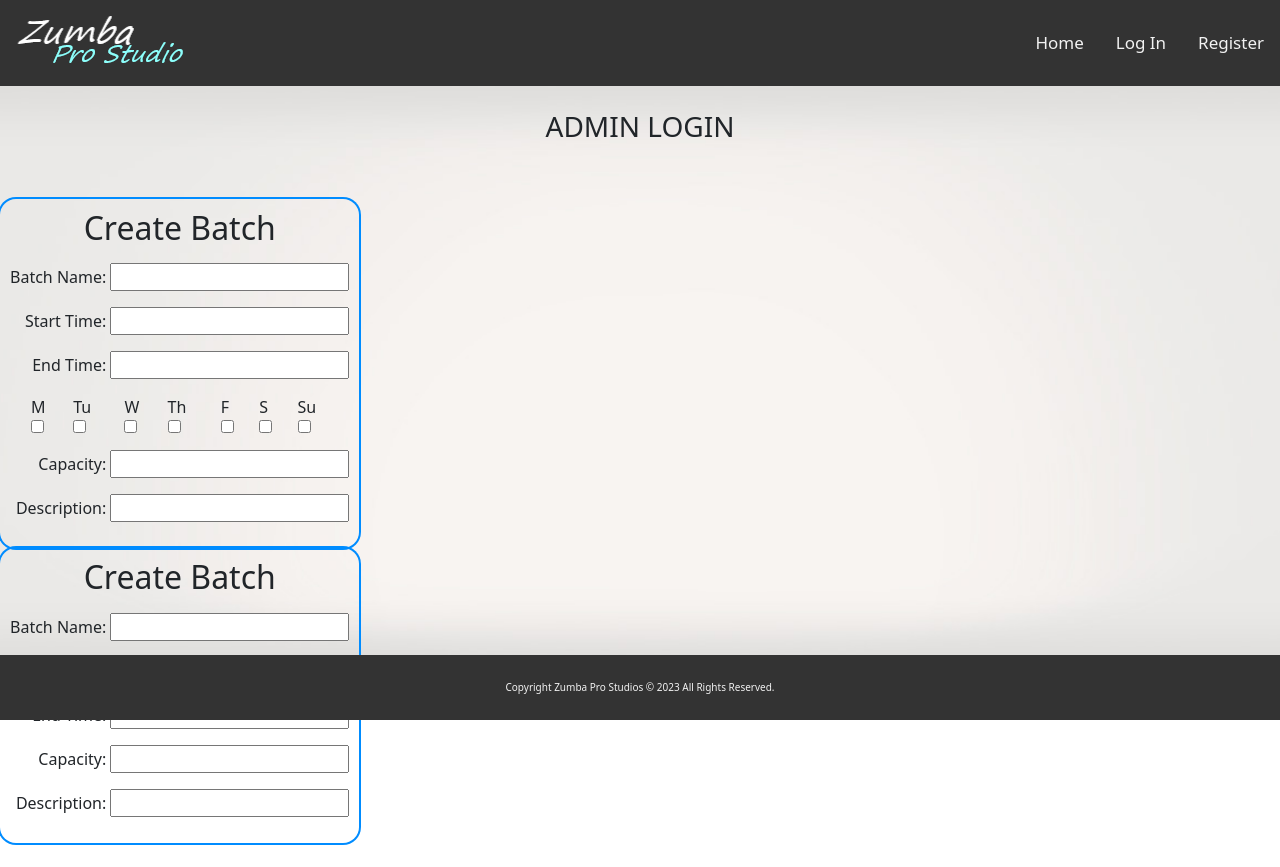
Repository: basemsamuel/Zumba
Page: http://localhost/ZumbaProStudio/adminusers.jsp
The author's editor kept a copy of each file at every save. The page is drawn from the files as they stood at one save, then again after the next save.
The browser window is 1280 px wide. The pictures show the whole page.
The page is served by Tomcat 10. Other server files are loaded and not shown.

Above is the page before, as saved 2023-07-30 21:40:07.

### ZumbaProStudio/src/main/webapp/adminusers.jsp
<jsp:include page="header.jsp"></jsp:include>
<div class="mycontainer">
	<div align="center">
	<br>
	<h3>ADMIN LOGIN</h3>
	<br>
	<br>
	</div>
	<div class="col-xs-6">
		<table class="formtable">
			<tr>
				<td style="padding: 10px;">
					<div class='center'>
						<form style="width: 100%;" action="Login" method = "POST">
						    <h2>Create Batch</h2>
						    <div>
						        <p>
							        <div class='right'>
							            <label for="name">Batch Name:</label>
							            <input type="text" id="name" name="name">
							        </div>
						        </p>
						    </div>

						    <div>
						        <p>
							        <div class='right'>
							            <label for="stime">Start Time:</label>
							            <input type="text" id="stime" name="stime">
							        </div>
						        </p>
						    </div>


						    <div>
						        <p>
							        <div class='right'>
							            <label for="etime">End Time:</label>
							            <input type="text" id="etime" name="etime">
							        </div>
						        </p>
						    </div>

						    <div>
						        <p>
							        <div style="padding-left:20px;">
							        	<Table width="100%">
							        		<tr>
							        			<td>M</td>
							        			<td>Tu</td>
							        			<td>W</td>
							        			<td>Th</td>
							        			<td>F</td>
							        			<td>S</td>
							        			<td>Su</td>
							        		</tr>
							        		<tr>
							        			<td>
										            <input type="checkbox" id="M" name="M" value="M">
							        			</td>
							        			<td>
										            <input type="checkbox" id="Tu" name="Tt" value="Tu">
							        			</td>
							        			<td>
										            <input type="checkbox" id="W" name="W" value="W">
							        			</td>
							        			<td>
										            <input type="checkbox" id="Th" name="Th" value="Th">
							        			</td>
							        			<td>
										            <input type="checkbox" id="F" name="F" value="F">
							        			</td>
							        			<td>
										            <input type="checkbox" id="S" name="S" value="S">
							        			</td>
							        			<td>
										            <input type="checkbox" id="Su" name="Su" value="Su">
							        			</td>
							        		</tr>
							        	</Table>

							        </div>
						        </p>
						    </div>

						    <div>
						        <p>
							        <div class='right'>
							            <label for="capacity">Capacity:</label>
							            <input type="number" id="capacity" name="capacity">
							        </div>
						        </p>
						    </div>

						    <div>
						        <p>
							        <div class='right'>
							            <label for="description">Description:</label>
							            <input type="number" id="description" name="description">
							        </div>
						        </p>
						    </div>
						</form>
					</div>

				</td>
			</tr>
		</table>
	</div>
	<div class="col-5">
		<table class="formtable">
			<tr>
				<td style="padding: 10px;">
					<div class='center'>
						<form style="width: 100%;" action="Login" method = "POST">
						    <h2>Create Batch</h2>
						    <div>
						        <p>
							        <div class='right'>
							            <label for="name">Batch Name:</label>
							            <input type="text" id="name" name="name">
							        </div>
						        </p>
						    </div>

						    <div>
						        <p>
							        <div class='right'>
							            <label for="stime">Start Time:</label>
							            <input type="text" id="stime" name="stime">
							        </div>
						        </p>
						    </div>


						    <div>
						        <p>
							        <div class='right'>
							            <label for="etime">End Time:</label>
							            <input type="text" id="etime" name="etime">
							        </div>
						        </p>
						    </div>

						    <div>
						        <p>
							        <div class='right'>
							            <label for="capacity">Capacity:</label>
							            <input type="number" id="capacity" name="capacity">
							        </div>
						        </p>
						    </div>

						    <div>
						        <p>
							        <div class='right'>
							            <label for="description">Description:</label>
							            <input type="number" id="description" name="description">
							        </div>
						        </p>
						    </div>
						</form>
					</div>

				</td>
			</tr>
		</table>
		<br>
		<div class="emsg">
			<p>
				${errorMessage}
			</p>
		</div>
	</div>
</div>

<jsp:include page="footer.jsp"></jsp:include>

### ZumbaProStudio/src/main/webapp/header.jsp
<html lang="en">

<head>
    <meta charset="UTF-8">
    <meta http-equiv="X-UA-Compatible" content="IE=edge">
    <meta name="viewport" content="width=device-width, initial-scale=1.0">
    <title>Document</title>
    <link href="https://cdn.jsdelivr.net/npm/bootstrap@5.1.3/dist/css/bootstrap.min.css" rel="stylesheet" integrity="sha384-1BmE4kWBq78iYhFldvKuhfTAU6auU8tT94WrHftjDbrCEXSU1oBoqyl2QvZ6jIW3" crossorigin="anonymous">
    <link rel="stylesheet" type="text/css" href="css/styles.css" />
</head>

<body>
	 <div class="topnav">
		<img src="images/logo.png" alt="Zumba Pro Studio">
		<!-- <a class="active" href="#home">Home</a> -->
		<a href="register.jsp">Register</a>
		<a href="login.jsp">Log In</a>
		<a href="index.jsp">Home</a>
	</div>

### ZumbaProStudio/src/main/webapp/footer.jsp
<footer>
	Copyright Zumba Pro Studios © 2023 All Rights Reserved.
</footer>
</body>
</html>

### ZumbaProStudio/src/main/webapp/css/styles.css
		.topnav {
			 background-color: #333;
			 overflow: hidden;
				}

		/* Style the links inside the navigation bar */
		.topnav a {
			 float: right;
			 color: #f2f2f2;
			 text-align: center;
			 padding: 30px 16px;
			 text-decoration: none;
			 font-size: 17px;
		}

		.topnav img {
			 float: left;
			 color: #f2f2f2;
			 text-align: center;
			 padding: 14px 16px;
			 text-decoration: none;
			 font-size: 17px;
			 height: 80px;
		}

		/* Change the color of links on hover */
		.topnav a:hover {
			 background-color: #ddd;
			 color: black;
		}

		/* Add a color to the active/current link */
		.topnav a.active {
			 background-color: #04AA6D;
			 color: white;
		}

		footer {
		    background-color: #333;
		    color: #f2f2f2;
		    grid-area: footer;
		    width: 100%;
		    position: absolute;
  			bottom: 0;
  			padding: 25px;
  			text-align: center;
  			font-size: 10px;
		}

		.centerimage {
			height: 100%;
			width: auto;
			display: block;
			margin-left: auto;
			margin-right: auto;

		}

		.center {
			text-align: center;
		}
		.right {
			text-align: right;
		}

		.formtable {
			border-collapse: collapse;
			border-radius: 16px;
			box-shadow: 0 0 0 2px rgb(0, 140, 255);
		}

		.mycontainer {
			height: calc(100% - 150px);
			width: 100%;
			background-image: url('../images/bg.jpg');
			background-color: #333; /* Used if the image is unavailable */
			background-position: center; /* Center the image */
			background-repeat: no-repeat; /* Do not repeat the image */
			background-size: cover; /* Resize the background image to cover the entire container */
		}

		.emsg {
			font-size: 13px;
			color: #FF0000;
		}

After the next save:
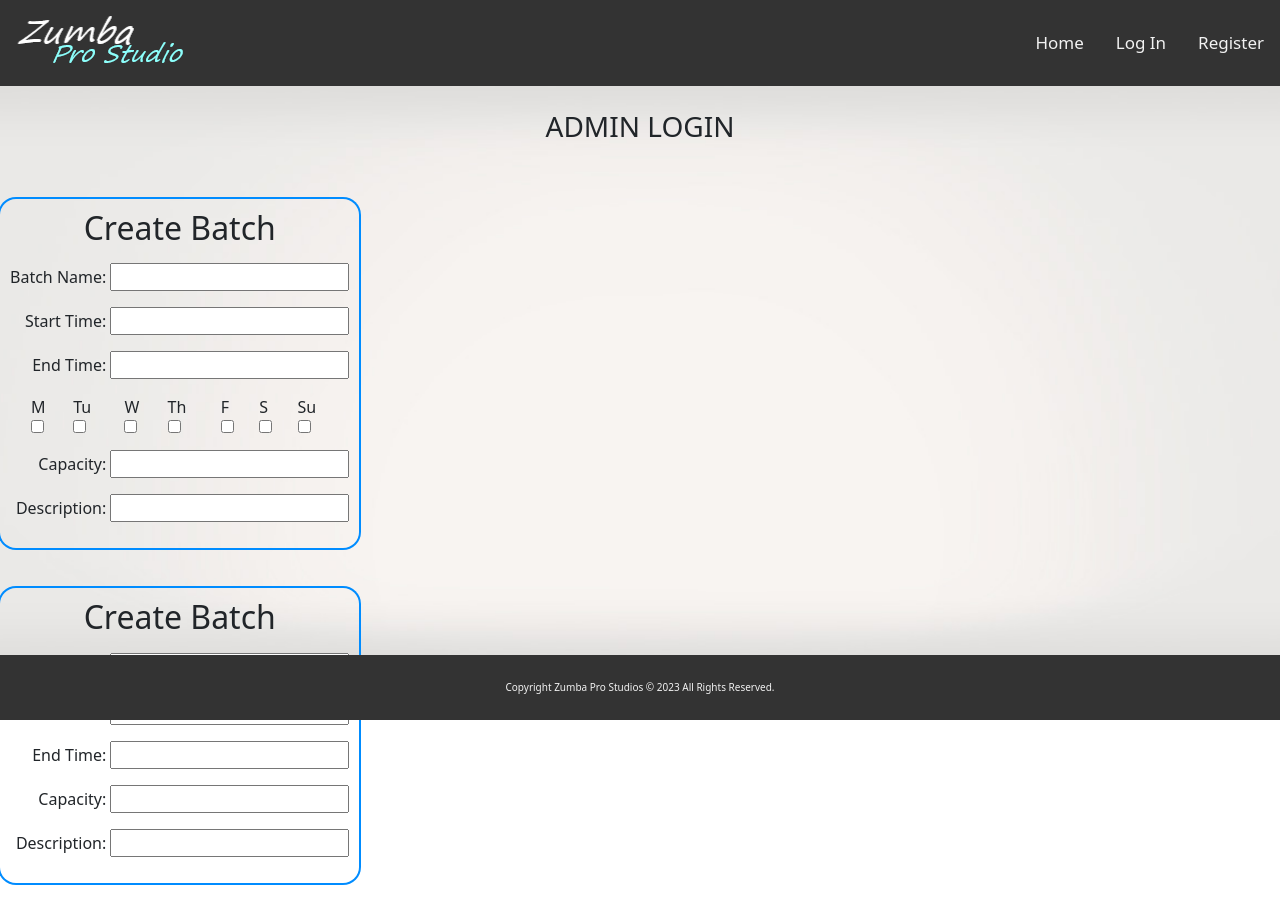
Saved 84 s later.
--- a/ZumbaProStudio/src/main/webapp/adminusers.jsp
+++ b/ZumbaProStudio/src/main/webapp/adminusers.jsp
@@ -102,10 +102,15 @@
 						    </div>
 						</form>
 					</div>
-
 				</td>
 			</tr>
 		</table>
+		<br>
+		<div class="emsg">
+			<p>
+				${batcherrorMessage}
+			</p>
+		</div>
 	</div>
 	<div class="col-5">
 		<table class="formtable">
@@ -168,7 +173,7 @@
 		<br>
 		<div class="emsg">
 			<p>
-				${errorMessage}
+				${listerrorMessage}
 			</p>
 		</div>
 	</div>
